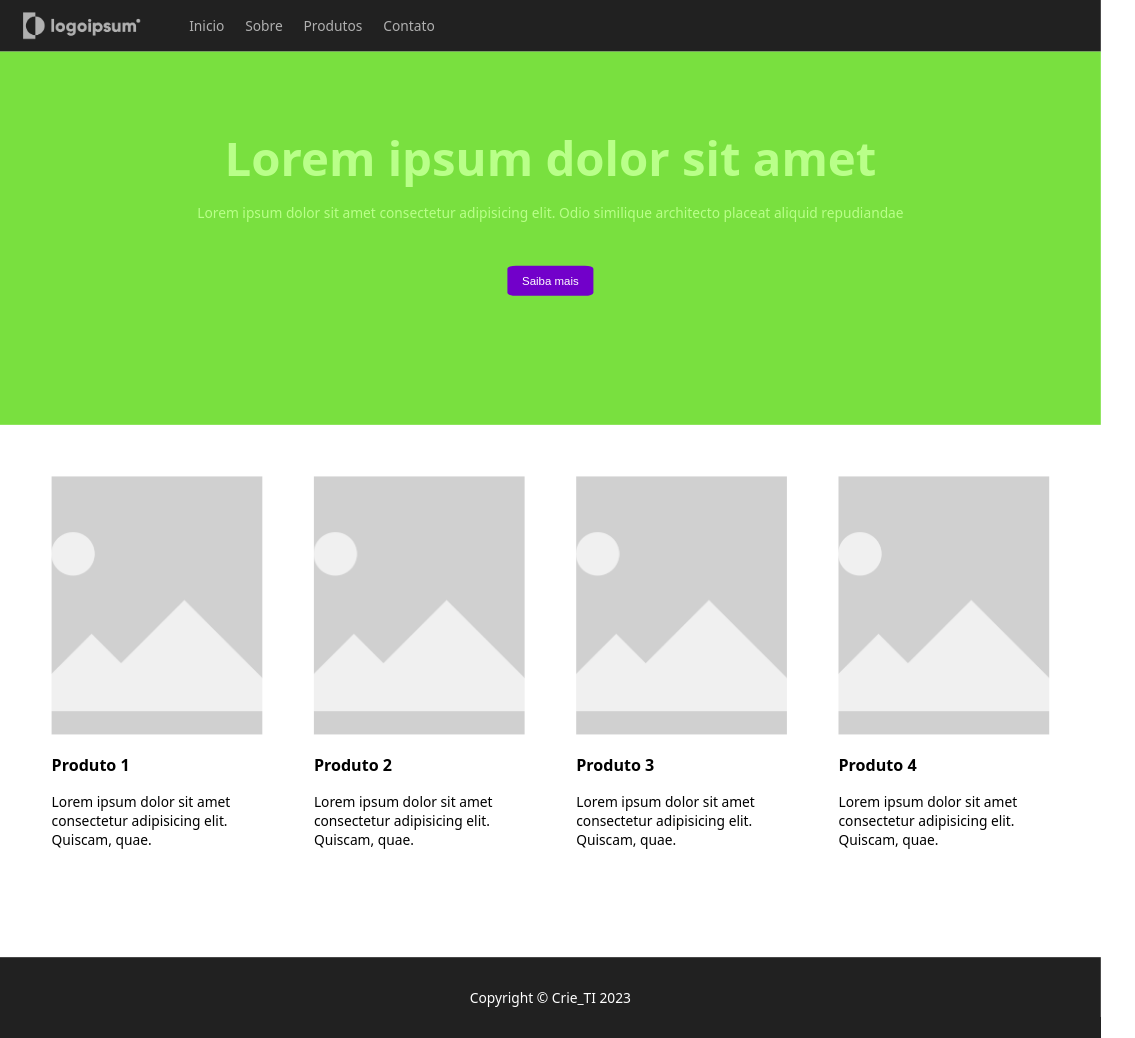
Repository: Carolden/SiteCrie_Ti
Page: index.html
The author's editor kept a copy of each file at every save. The page is drawn from the files as they stood at one save, then again after the next save.
The browser window is 1280 px wide. The page is 1280 px wide, then 1320 px, then 1280 px, so the pictures cover 1320 px, including what lies to the right of the window. The pictures show the whole page, at 86% of full size.

Above is the page before, as saved 2023-04-25 21:45:39.

After the next save:
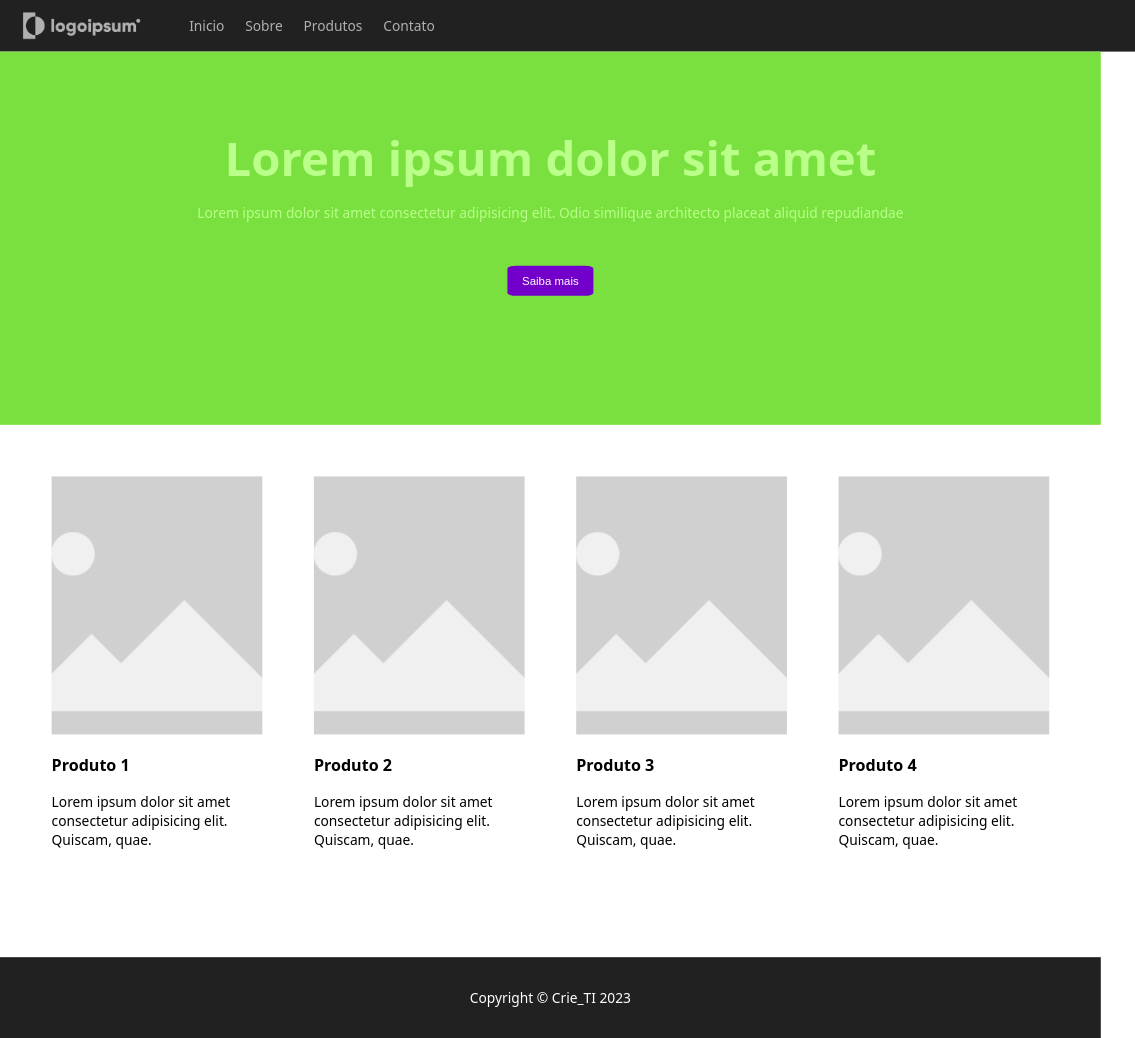
Saved 3 min 21 s later.
--- a/index.css
+++ b/index.css
@@ -16,7 +16,7 @@
     top: 0;
     padding-left: 20px;
     padding-right: 20px;
-    box-sizing: border-box;
+    /* box-sizing: border-box; */
 }
 
 header nav a {

After the save that followed:
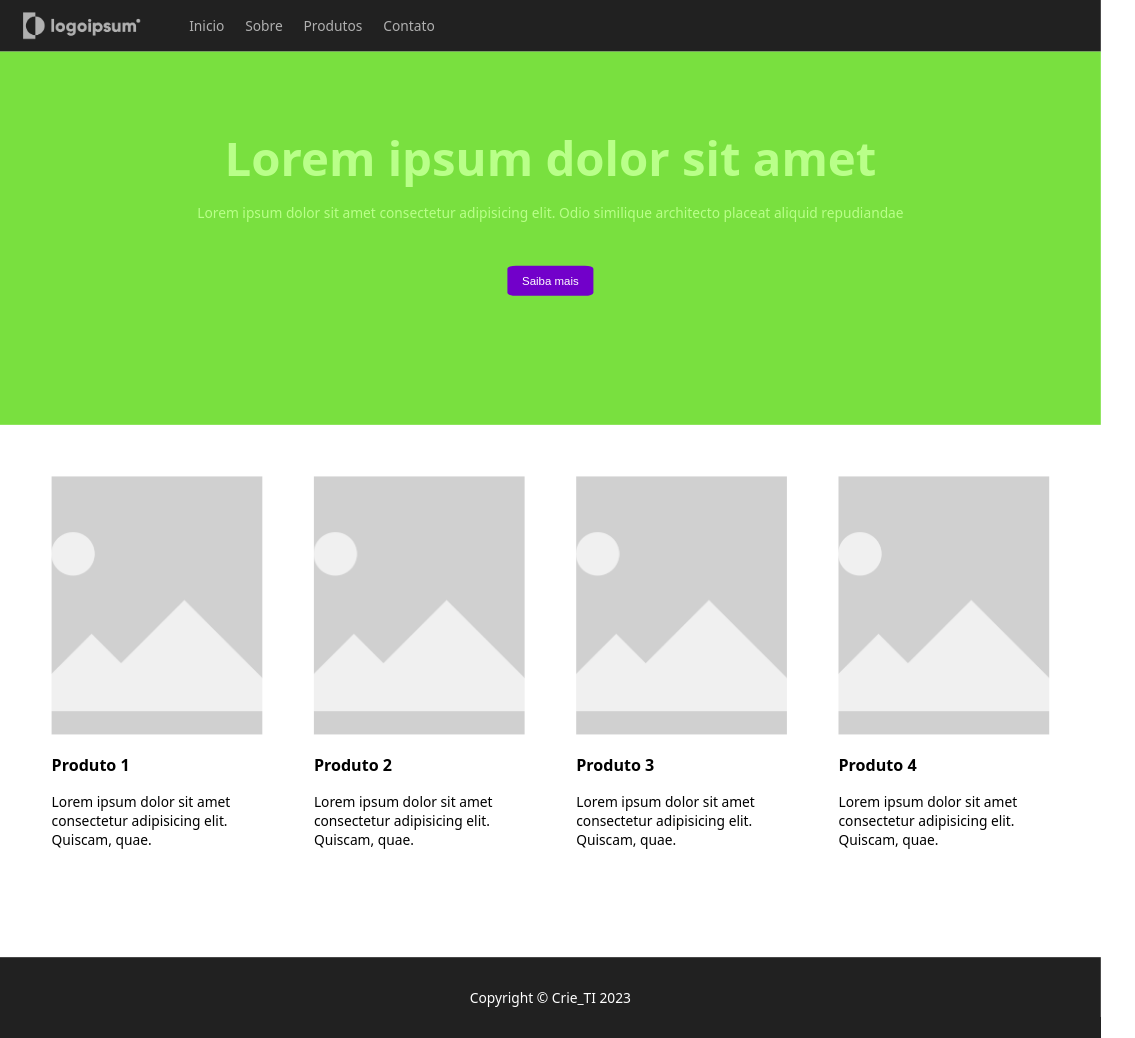
Saved 5 s later.
--- a/index.css
+++ b/index.css
@@ -16,7 +16,7 @@
     top: 0;
     padding-left: 20px;
     padding-right: 20px;
-    /* box-sizing: border-box; */
+    box-sizing: border-box;
 }
 
 header nav a {
